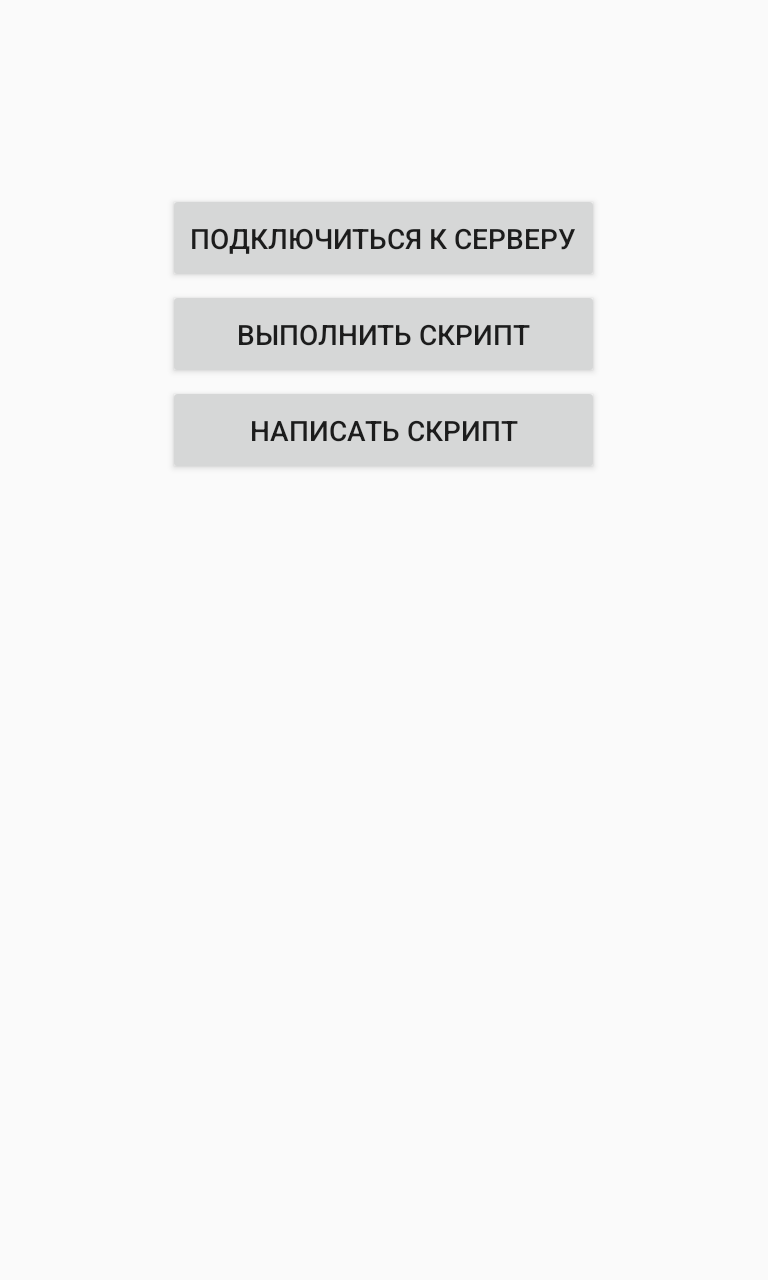
Repository: Laboratory711/Nightjar
Layout: android/Nightjar/workspace/Nightjar/res/layout/fragment_lab1.xml
An editor plug-in stored every save of this project. The layout is shown before and after the next save, followed by the edit.
It is drawn on a 768 x 1280 px phone screen (xhdpi) without system bars, with theme AppTheme; the app's code is not run.

Above is the layout before, as saved 2014-03-28 05:07:56.

After the next save:
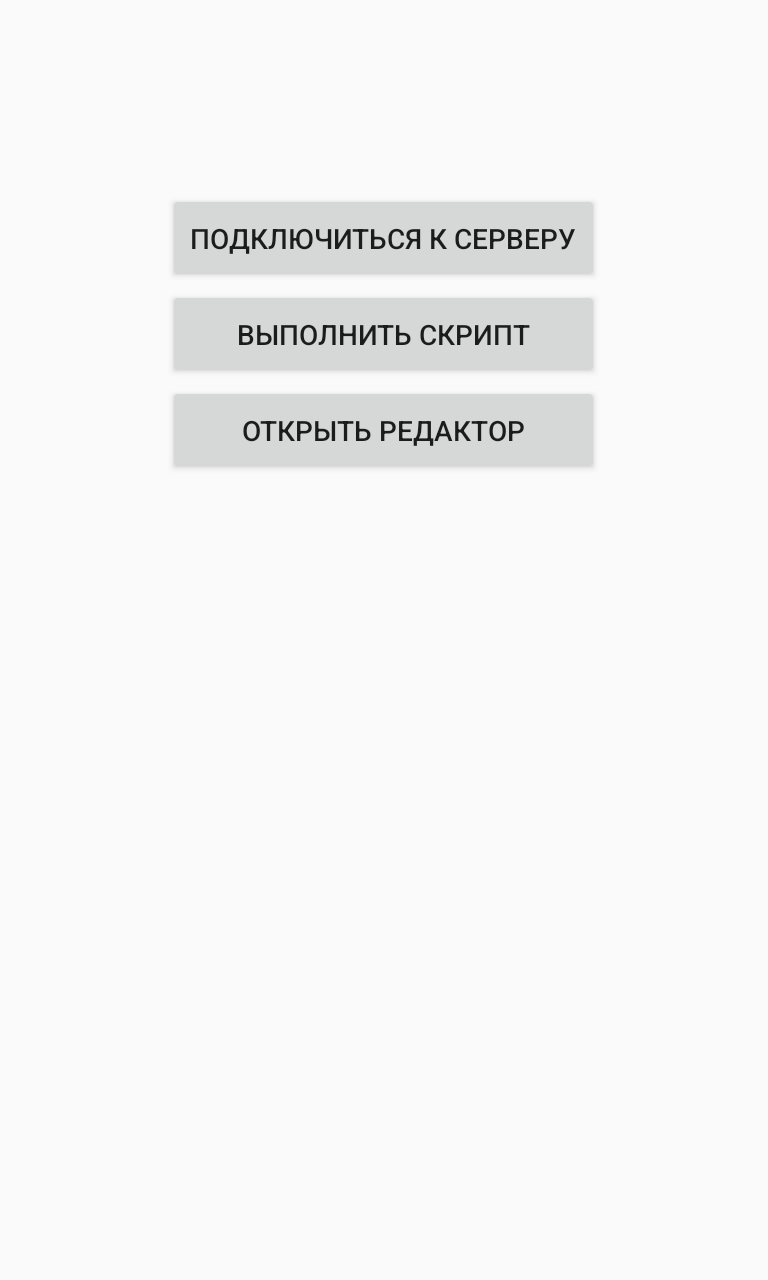
Saved 94 s later.
--- a/android/Nightjar/workspace/Nightjar/res/values/strings.xml
+++ b/android/Nightjar/workspace/Nightjar/res/values/strings.xml
@@ -12,8 +12,7 @@
     <string android:id="@+id/string3" name="text_buttom_Name" android:layout_width="wrap_content" android:layout_height="wrap_content">Подключиться к серверу</string>
     <string android:id="@+id/string4" name="TV_text" android:layout_width="wrap_content" android:layout_height="wrap_content"></string>
     <string android:id="@+id/string6" name="text_buttom2_Name" android:layout_width="wrap_content" android:layout_height="wrap_content">Выполнить скрипт</string>
-    <string android:id="@+id/string7" name="text_buttom3_Name" android:layout_width="wrap_content" android:layout_height="wrap_content">Загрузить скрипт</string>
-    <string android:id="@+id/string8" name="text_buttom4_Name" android:layout_width="wrap_content" android:layout_height="wrap_content">Написать скрипт</string>
+    <string android:id="@+id/string8" name="text_buttom4_Name" android:layout_width="wrap_content" android:layout_height="wrap_content">Открыть редактор</string>
     <string android:id="@+id/string9" name="text_List" android:layout_width="wrap_content" android:layout_height="wrap_content">Выбирите скрипт</string>
     <string name="pref_IP">IP_adres</string>
     <string name="pref_App">App</string>
